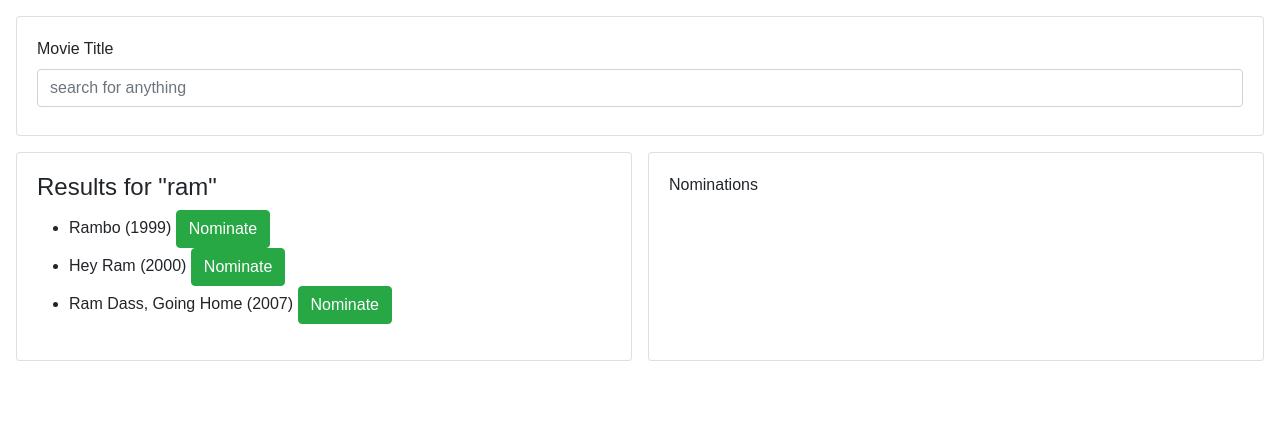
Repository: akinsikuoluwafemi/shoppies-movie-collection
Page: /
An editor plug-in stored every save of this project. The page is shown before and after a run of saves, followed by the edit.
The browser window is 1280 px wide. The pictures show the whole page.
The project was rebuilt for these pictures with package versions that can differ from the ones it lists, and the page was loaded fresh each time. Also part of the build but not shown: src/App.css.

Above is the page before, as saved 2021-01-10 09:14:06.

After the next 2 saves:
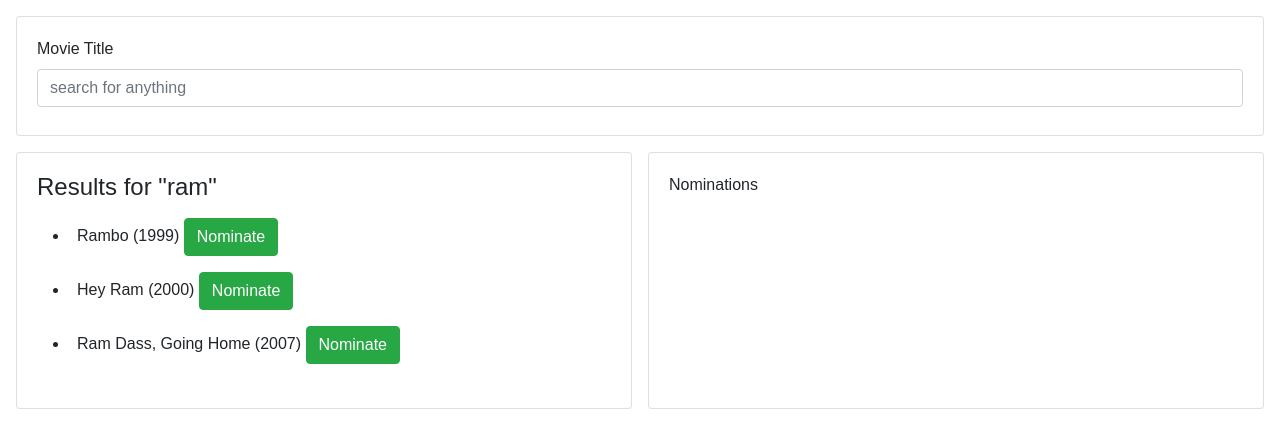
The 2 saves are shown as one change because they came seconds apart.
The last was saved 91 s later.
--- a/src/Pages/Home.css
+++ b/src/Pages/Home.css
@@ -19,4 +19,5 @@
 
 .list > li {
     margin-left: 2rem!important;
+    padding: .5rem;
 }
